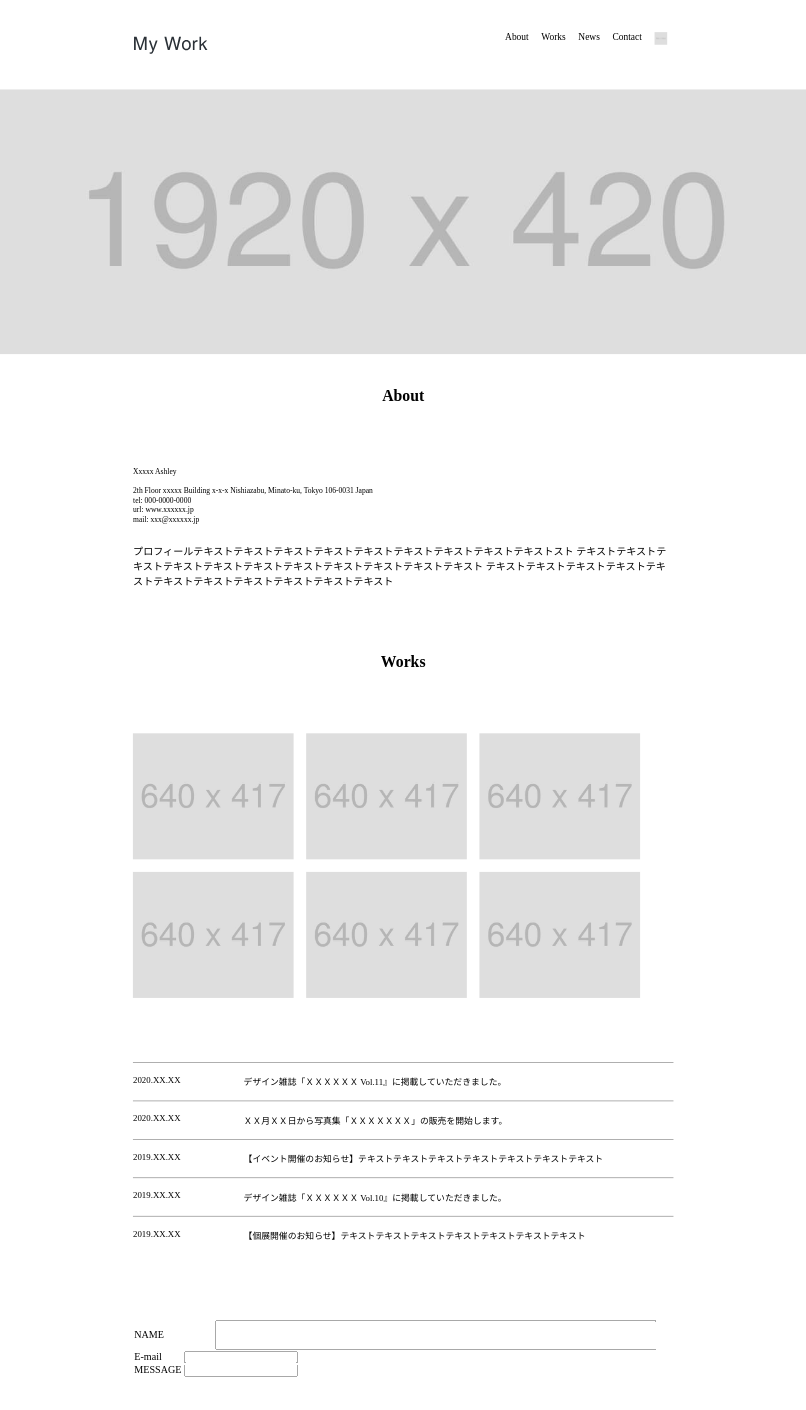
Repository: n19880405nick/challenge
Page: Codestep/My work/mywork.html
The author's editor kept a record of every edit. The page is drawn from the files as they stood at one moment, then again after the next edit.
The browser window is 1280 px wide. The pictures show the whole page, at 63% of full size.

Above is the page before.

### Codestep/My work/mywork.html
<!DOCTYPE html>
<html lang="ja">
  <head>
    <meta charset="UTF-8">
    <meta name="viewport" content="width=device-width, initial-scale=1.0">
    <title>My Work</title>
    <link rel="stylesheet" href="mywork.css">
    <link rel="shortcut icon" href="img/favicon.ico">
  </head>

  <body>
    <header>
      <a href=""><img class="logo" src="img/logo.svg"></a>
      <nav>
        <ul>
          <li><a href="#about">About</a></li>
          <li><a href="#works">Works</a></li>
          <li><a href="#news">News</a></li>
          <li><a href="#contact">Contact</a></li>
          <li><a href="https://www.instagram.com">
            <img class="icon" src="img/icon-instagram.png">
          </a></li>
        </ul>
      </nav>
    </header>

    <main>
      <div class="main-visual"></div>

      <div id="about">
        <span class="title">About</span>
        <span class="profile">
          Xxxxx Ashley<br>
          <br>
          2th Floor xxxxx Building x-x-x Nishiazabu, Minato-ku, Tokyo 106-0031 Japan<br>
          tel: 000-0000-0000<br>
          url: www.xxxxxx.jp<br>
          mail: xxx@xxxxxx.jp
        </span>
        <span class="text">
          プロフィールテキストテキストテキストテキストテキストテキストテキストテキストテキストスト
          テキストテキストテキストテキストテキストテキストテキストテキストテキストテキストテキスト
          テキストテキストテキストテキストテキストテキストテキストテキストテキストテキストテキスト
        </span>
      </div>

      <div id="works">
        <span class="title">Works</span>
        <div class="works-images">
          <div class="works-image"></div>
          <div class="works-image"></div>
          <div class="works-image"></div>
          <div class="works-image"></div>
          <div class="works-image"></div>
          <div class="works-image"></div>
        </div>
      </div>

      <div id="news">
        <div class="article">
          <span class="article-date">2020.XX.XX</span>
          <span class="article-title">デザイン雑誌「ＸＸＸＸＸＸ Vol.11』に掲載していただきました。</span>
        </div>
        <div class="article">
          <span class="article-date">2020.XX.XX</span>
          <span class="article-title">ＸＸ月ＸＸ日から写真集「ＸＸＸＸＸＸＸ」の販売を開始します。</span>
        </div>
        <div class="article">
          <span class="article-date">2019.XX.XX</span>
          <span class="article-title">【イベント開催のお知らせ】テキストテキストテキストテキストテキストテキストテキスト</span>
        </div>
        <div class="article">
          <span class="article-date">2019.XX.XX</span>
          <span class="article-title">デザイン雑誌「ＸＸＸＸＸＸ Vol.10』に掲載していただきました。</span>
        </div>
        <div class="article">
          <span class="article-date">2019.XX.XX</span>
          <span class="article-title">【個展開催のお知らせ】テキストテキストテキストテキストテキストテキストテキスト</span>
        </div>
      </div>

      <div id="contact">
        <table class="contact-table">
          <tbody>
            <tr>
              <td>NAME</td>
              <td>
                <input type="text" class="contact-name">
              </td>
            </tr>
            <tr>
              <td>E-mail</td>
              <td>
                <input type="email">
              </td>
            </tr>
            <tr>
              <td>MESSAGE</td>
              <td>
                <input type="text">
              </td>
            </tr>
          </tbody>
        </table>
      </div>

    </main>
  </body>
</html>

### Codestep/My work/mywork.css
*{
  margin: 0;
  padding: 0;
  box-sizing: border-box;
}

header, #about, #works, #news, #contact{
  margin: 0 auto;
  width: 960px;
  padding: 4%;
}

header{
  display: flex;
}

nav{
  margin-left: auto;
}

ul{
  display: flex;
  list-style: none;
}

li{
  margin: 0 10px;
  font-size: 15px;
}

a{
  color: black;
  text-decoration: none;
}

.icon{
  width: 20px;
  height: 20px;
}

.main-visual{
  width: 100%;
  height: 420px;
  background-image: url("img/mainvisual-pc.jpg");
  background-size: cover;
  background-position: center;
}

#about, #works, #news, #contact{
  display: flex;
  flex-direction: column;
}

.title{
  margin-bottom: 50px;
  font-size: 25px;
  font-weight: bold;
  text-align: center;
}

.profile{
  font-size: 12px;
  margin: 50px 0 30px;
}

.works-images{
  margin-top: 50px;
  display: flex;
  flex-wrap: wrap;
}

.works-image{
  width: 255px;
  height: 200px;
  background-size: cover;
  background-position: center;
}

.works-image:nth-child(1){
  background-image: url("img/works1.jpg");
}

.works-image:nth-child(2){
  margin: 0 20px;
  background-image: url("img/works2.jpg");
}

.works-image:nth-child(3){
  background-image: url("img/works3.jpg");
}

.works-image:nth-child(4){
  margin-top: 20px;
  background-image: url("img/works4.jpg");
}

.works-image:nth-child(5){
  margin: 20px 20px 0;
  background-image: url("img/works5.jpg");
}

.works-image:nth-child(6){
  margin-top: 20px;
  background-image: url("img/works6.jpg");
}

.article{
  border-top: solid 1px gray;
  padding: 20px 0;
  width: 100%;
  font-size: 14px;
  display: flex;
}

.article:nth-child(6){
  border-bottom: solid 1px gray;
}

.article-title{
  margin-left: 100px;
}

.contact-name, .contact-email, .contact-message{
  width: 700px;
  margin-left: 50px;
  padding: 10px;
  font-size: 20px;
}

.contact-email{
  margin-top: 10px;
  margin-bottom: 10px;
}

input:focus, .contact-message{
  outline-width: 0;
}

.submit{
  margin-top: 50px;
  text-align: center;
}

.contact-submit{
  width: 200px;
  height: 50px;
  background-color: black;
  color: white;
}

.contact-submit:hover{
  background-color: white;
  color: black;
  border: solid 1px black;
}

footer{
  width: 100%;
  background-color: black;
  color: white;
  display: flex;
  justify-content: center;
  align-items: center;
}

.copyrights{
  margin: 20px;
  font-size: 12px;
}

@media screen and (max-width: 600px){
  header, #about, #works, #news, #contact{
    margin: 0 auto;
    width: 100%;
    padding: 4%;
  }

  header{
    flex-direction: column;
    align-items: center;
  }

  nav{
    margin-left: 0;
  }

  .main-visual{
    background-image: url("img/mainvisual-sp.jpg");
  }

  .works-images{
    margin-top: 20px;
    flex-direction: column;
    align-items: center;
  }

  .works-image{
    width: 90%;
    height: 400px;
    margin: 20px auto !important;
  }

  .article{
    flex-direction: column;
  }
}

After the next edit:
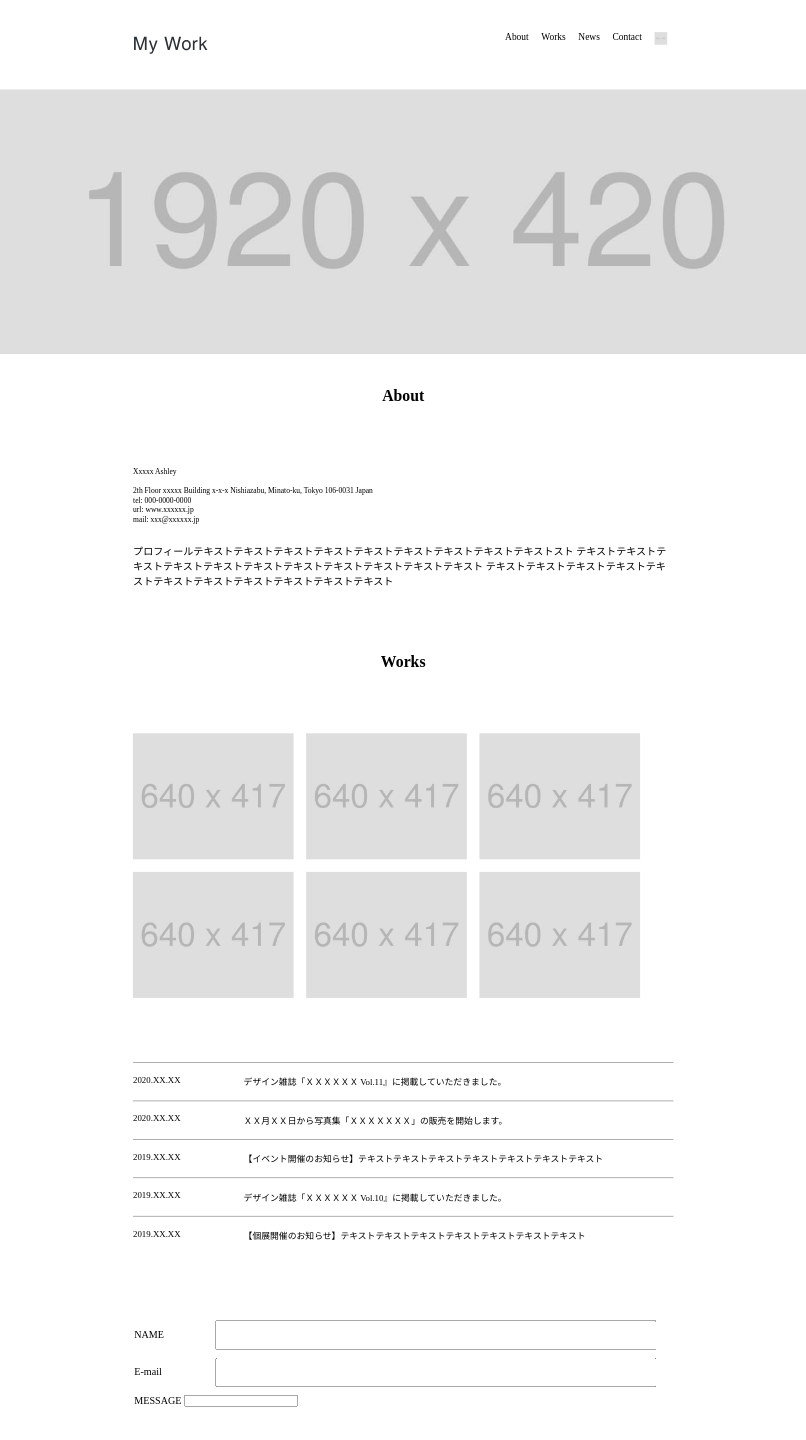
The edit:
--- a/Codestep/My work/mywork.html
+++ b/Codestep/My work/mywork.html
@@ -91,7 +91,7 @@
             <tr>
               <td>E-mail</td>
               <td>
-                <input type="email">
+                <input type="email" class="contact-email">
               </td>
             </tr>
             <tr>
